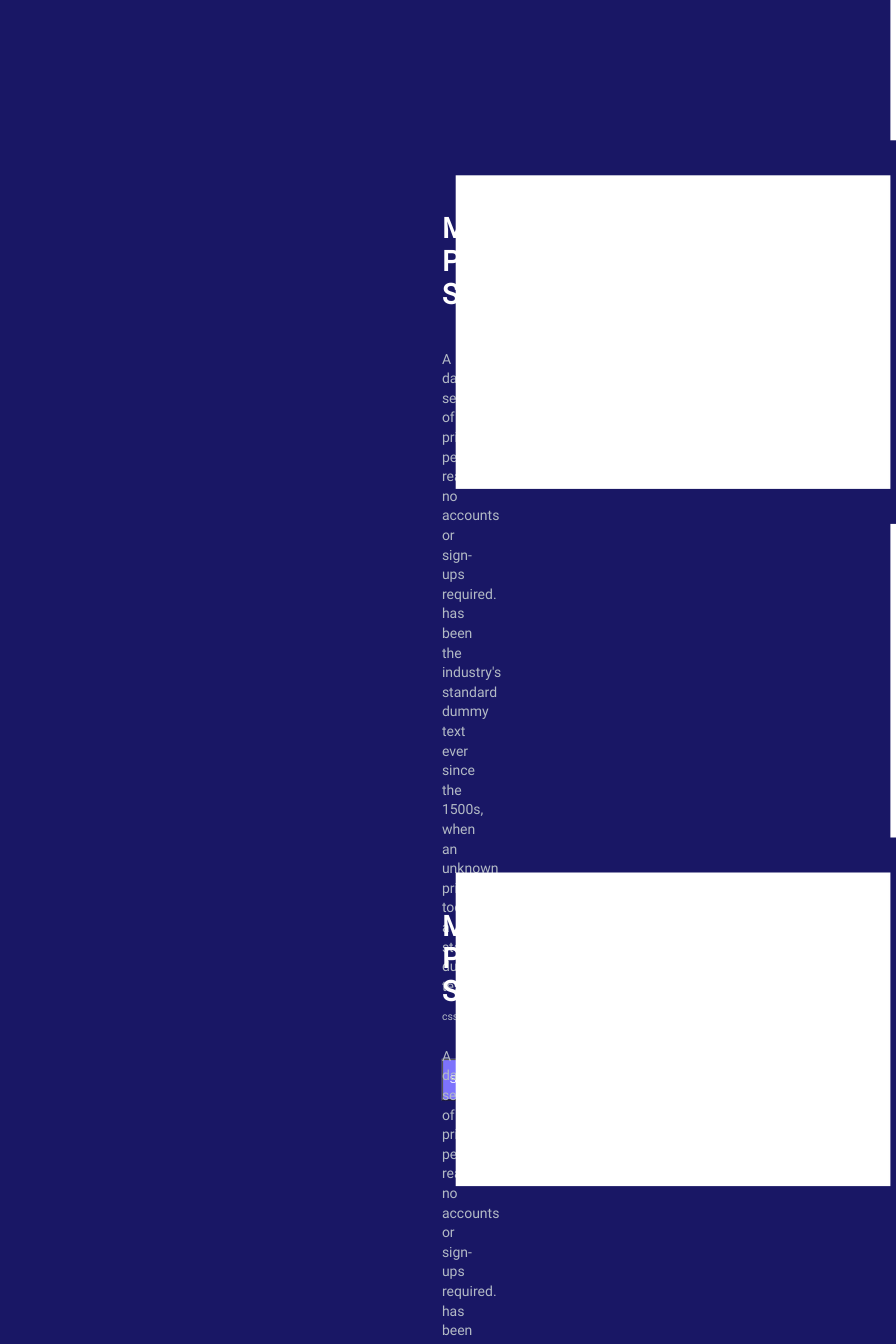
Repository: mustabbas/Portfolio
Page: index.html
The author's editor kept a copy of each file at every save. The page is drawn from the files as they stood at one save, then again after the next save.
The browser window is 1280 px wide. The pictures show the part of the page from y = 1449 to 3369 px (the page is 3906 px tall), at 70% of full size.

Above is the page before, as saved 2021-08-19 22:46:21.

After the next save:
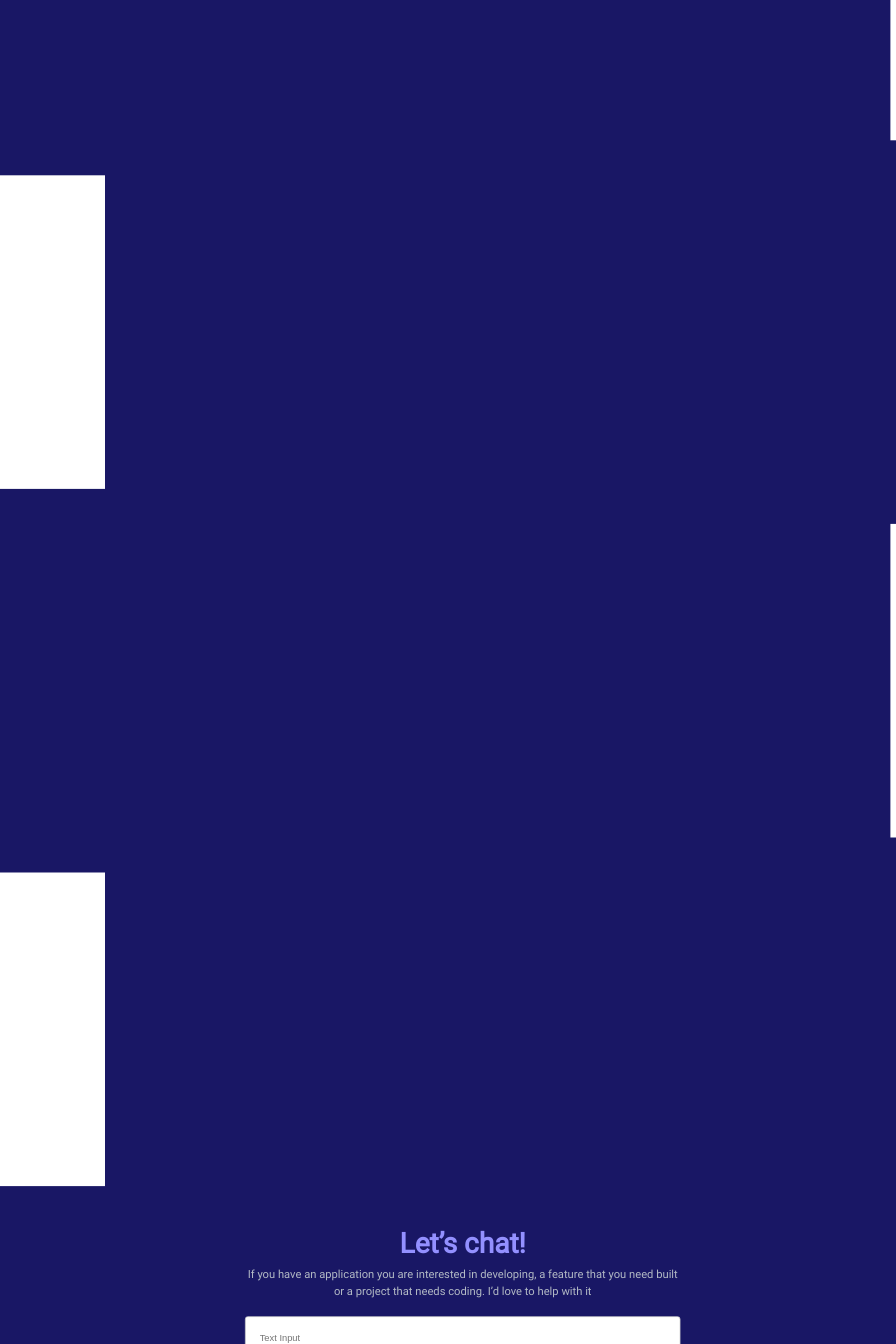
Saved 4 min 26 s later.
--- a/style.css
+++ b/style.css
@@ -221,6 +221,21 @@ span {
   font-size: 20px;
   line-height: 28px;
   text-align: left;
+  animation-name: card-p;
+  animation-duration: 3s;
+  animation-timing-function: linear;
+  animation-direction: alternate;
+}
+
+@keyframes card-p {
+  from {
+    font-size: 10px;
+    line-height: 10px;
+  }
+  to {
+    font-size: 20px;
+    line-height: 28px;
+  }
 }
 
 .card-body ul {
@@ -299,6 +314,9 @@ textarea::placeholder {
 @media (min-width: 600px) {
   .card {
     height: 448px;
+  }
+
+  .card-left {
     animation-name: leftcard;
     animation-duration: 3s;
     animation-timing-function: linear;
@@ -306,11 +324,11 @@ textarea::placeholder {
   }
 
   @keyframes leftcard {
-    0%   {margin-left:100%; }
-    25%  { margin-left:75%; }
-    50%  { margin-left:50%;}
-    75%  {margin-left:25%; }
-    100% { margin-left:142px;}
+    0% { margin-left: 100%; }
+    25% { margin-left: 75%; }
+    50% { margin-left: 50%; }
+    75% { margin-left: 25%; }
+    100% { margin-left: 142px; }
   }
 
   .card-body {
@@ -327,7 +345,21 @@ textarea::placeholder {
 
   .card-reverse {
     flex-direction: row-reverse;
+    animation-name: reversecard;
+    animation-duration: 3s;
+    animation-timing-function: linear;
+    animation-direction: alternate;
     margin-right: 142px;
+  }
+
+  @keyframes reversecard {
+    from {
+      margin-right: 100%;
+    }
+
+    to {
+      margin-right: 142px;
+    }
   }
 
   .card-reverse img {
@@ -352,7 +384,6 @@ textarea::placeholder {
     line-height: 47px;
     margin-top: 0;
     text-align: center;
-
   }
 
   .wrap-content {
